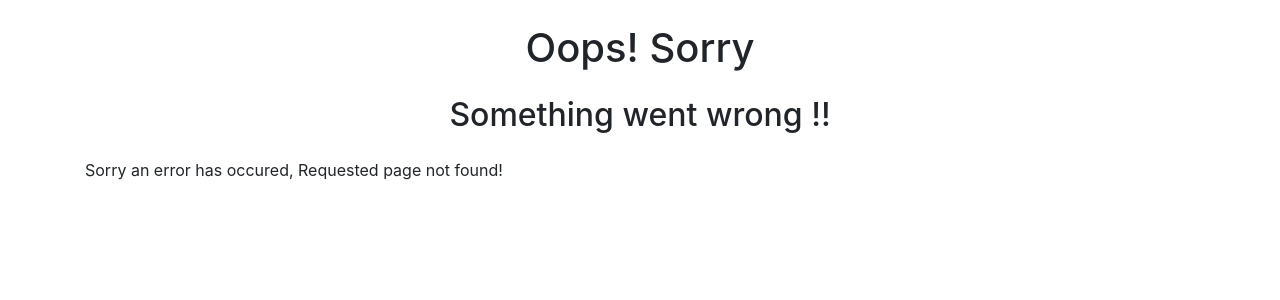
Repository: GovindParve/spring_mvc_maven_search_project
Page: http://localhost/springmvcsearch/WEB-INF/views/null_page.jsp
These files come from the project's save history. The page is drawn as it stood at one moment and after the next save; the edit follows.
The browser window is 1280 px wide. The pictures show the whole page.
Some web libraries are served in a nearby version. The page is served by Tomcat 9. Nobody is signed in. The template is opened directly, without the code that normally fills it, so the values that code supplies are empty.

Above is the page before, as saved 2023-06-18 17:57:35.

After the next save:
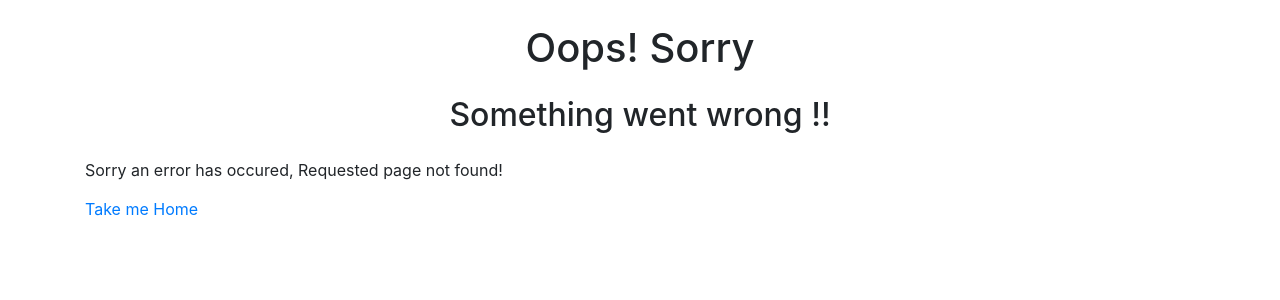
Saved 83 s later.
--- a/springmvcsearch/src/main/webapp/WEB-INF/views/null_page.jsp
+++ b/springmvcsearch/src/main/webapp/WEB-INF/views/null_page.jsp
@@ -36,7 +36,8 @@
     		Sorry an error has occured, Requested page not found!
     	</div>
     	<div class="error-actions">
-    		<a href="#"></a>
+    		<a href="#!"><span></span>
+    			Take me Home</a>
     	</div>
     	<!-- <div class="card mx-auto mt-5 bg-warning" style="width: 50%">
     		<div class="card-body py-5">
